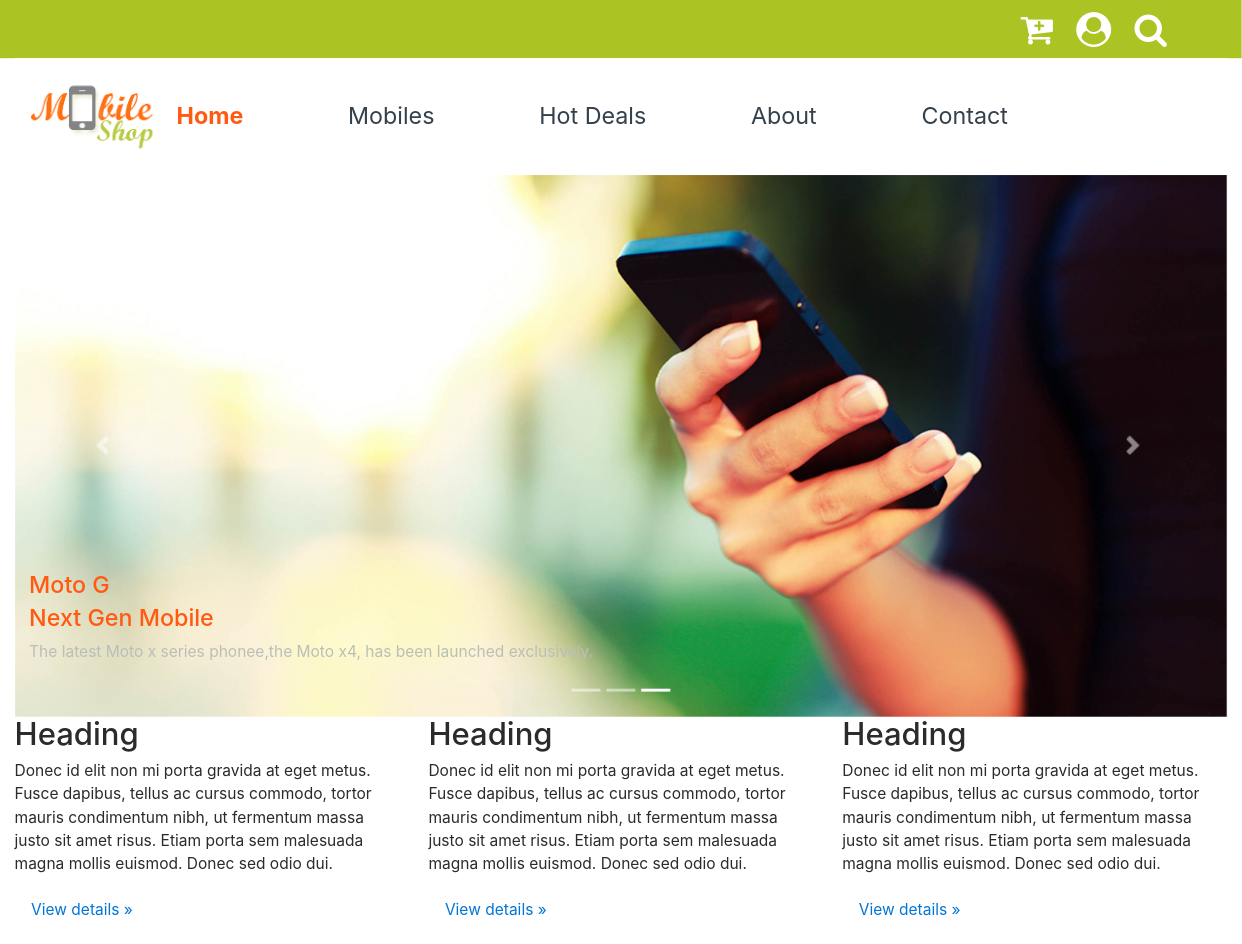
Repository: rajmohanr/mobile
Page: index.html
The author's editor kept a copy of each file at every save. The page is drawn from the files as they stood at one save, then again after the next save.
The browser window is 1280 px wide. The pictures show the whole page, at 97% of full size.

Above is the page before, as saved 2018-03-31 12:36:56.
Console error (its wording comes from the project's code and is left out).

### index.html
<!DOCTYPE html>
<html lang="en">
  <head>
    <meta charset="utf-8">
    <meta http-equiv="X-UA-Compatible" content="IE=edge">
    <meta name="viewport" content="width=device-width, initial-scale=1">

    <title>Bootstrap 4, from LayoutIt!</title>

    <meta name="description" content="Source code generated using layoutit.com">
    <meta name="author" content="LayoutIt!">

    <link href="css/bootstrap.min.css" rel="stylesheet">
	<link href="css/style.css" rel="stylesheet">
	<link rel="stylesheet" href="https://cdnjs.cloudflare.com/ajax/libs/font-awesome/4.7.0/css/font-awesome.min.css">

  </head>
  <body>

    <div class="container-fluid">
	<div class="row">
		<div class="col-md-12">
			<div class="row">
				<div class="col-md-12 top-bar">
					<a href="#" class="top-bar-icons last-icon"><i class="fa fa-search"  style="font-size:36px;color:white;"></i></a>
					<a href="#" class="top-bar-icons"><i class="fa fa-user-circle"  style="font-size:36px;color:white;"></i></a>
					<a href="#" class="top-bar-icons"><i class="fa fa-cart-plus"  style="font-size:36px;color:white;"></i></a>
				</div>
			</div>
			<nav class="navbar navbar-toggleable-md navbar-light bg-faded">

				<button class="navbar-toggler navbar-toggler-right" type="button" data-toggle="collapse" data-target="#bs-example-navbar-collapse-1">
					<span class="navbar-toggler-icon"></span>
				</button> <a class="navbar-brand" href="#"><img src="images/logo.png" /></a>
				<div class="collapse navbar-collapse" id="bs-example-navbar-collapse-1">
					<ul class="navbar-nav float-md-right">
						<li class="nav-item active">
							 <a class="nav-link" href="#">Home <span class="sr-only">(current)</span></a>
						</li>
						<li class="nav-item">
							 <a class="nav-link" href="#">Mobiles</a>
						</li>
						<li class="nav-item">
								<a class="nav-link" href="#">Hot Deals</a>
						</li>
						<li class="nav-item">
								<a class="nav-link" href="#">About</a>
						</li>
						<li class="nav-item">
								<a class="nav-link" href="#">Contact</a>
						</li>
					</ul>
				</div>
			</nav>

			<div class="row">
				<div class="col-md-12">
					<div class="carousel slide" id="carousel-452932">
						<ol class="carousel-indicators">
							<li data-slide-to="0" data-target="#carousel-452932">
							</li>
							<li data-slide-to="1" data-target="#carousel-452932">
							</li>
							<li data-slide-to="2" data-target="#carousel-452932" class="active">
							</li>
						</ol>
						<div class="carousel-inner">
							<div class="carousel-item">
								<img class="d-block w-100" alt="Carousel Bootstrap First" src="images/carosuel.png" />
								<div class="carousel-caption">
									<h4>
										Moto G
									</h4>
									<h4>
										Next Gen Mobile
									</h4>
									<p>
										The latest Moto x series phonee,the Moto x4, has been launched exclusively.
									</p>
								</div>
							</div>
							<div class="carousel-item">
								<img class="d-block w-100" alt="Carousel Bootstrap Second" src="images/carosuel.png" />
								<div class="carousel-caption">
									<h4>
										Moto G
									</h4>
									<h4>
										Next Gen Mobile
									</h4>
									<p>
										The latest Moto x series phonee,the Moto x4, has been launched exclusively.
									</p>
								</div>
							</div>
							<div class="carousel-item active">
								<img class="d-block w-100" alt="Carousel Bootstrap Third" src="images/carosuel.png" />
								<div class="carousel-caption">
									<h4>
										Moto G
									</h4>
									<h4>
										Next Gen Mobile
									</h4>
									<p>
										The latest Moto x series phonee,the Moto x4, has been launched exclusively.
									</p>
								</div>
							</div>
						</div> <a class="carousel-control-prev" href="#carousel-452932" data-slide="prev"><span class="carousel-control-prev-icon"></span> <span class="sr-only">Previous</span></a> <a class="carousel-control-next" href="#carousel-452932" data-slide="next"><span class="carousel-control-next-icon"></span> <span class="sr-only">Next</span></a>
					</div>
				</div>
			</div>

		</div>
	</div>
	<div class="row">
		<div class="col-md-4">
			<h2>
				Heading
			</h2>
			<p>
				Donec id elit non mi porta gravida at eget metus. Fusce dapibus, tellus ac cursus commodo, tortor mauris condimentum nibh, ut fermentum massa justo sit amet risus. Etiam porta sem malesuada magna mollis euismod. Donec sed odio dui.
			</p>
			<p>
				<a class="btn" href="#">View details »</a>
			</p>
		</div>
		<div class="col-md-4">
			<h2>
				Heading
			</h2>
			<p>
				Donec id elit non mi porta gravida at eget metus. Fusce dapibus, tellus ac cursus commodo, tortor mauris condimentum nibh, ut fermentum massa justo sit amet risus. Etiam porta sem malesuada magna mollis euismod. Donec sed odio dui.
			</p>
			<p>
				<a class="btn" href="#">View details »</a>
			</p>
		</div>
		<div class="col-md-4">
			<h2>
				Heading
			</h2>
			<p>
				Donec id elit non mi porta gravida at eget metus. Fusce dapibus, tellus ac cursus commodo, tortor mauris condimentum nibh, ut fermentum massa justo sit amet risus. Etiam porta sem malesuada magna mollis euismod. Donec sed odio dui.
			</p>
			<p>
				<a class="btn" href="#">View details »</a>
			</p>
		</div>
	</div>
	<div class="row">
		<div class="col-md-12">
		</div>
	</div>
</div>

    <script src="js/jquery.min.js"></script>
    <script src="js/bootstrap.min.js"></script>
    <script src="js/scripts.js"></script>
  </body>
</html>

### css/style.css
.top-bar{
    height: 60px;
    background-color: #acc324;
}

.top-bar-icons{
    float: right;
    padding: 12px;
    position: relative;
}

.last-icon{
    margin-right: 50px;
}

.navbar{
    height: 120px;
    background-color: #fff;
}

.navbar-light .navbar-nav .active>.nav-link, .navbar-light .navbar-nav .nav-link.active, .navbar-light .navbar-nav .nav-link.open, .navbar-light .navbar-nav .open>.nav-link{
    color: #ff5912!important;
    font-weight: bold;
    font-size: 24px;
}

.navbar-nav .nav-link{
    padding-right: 100px!important;
}

.navbar-light .navbar-nav .nav-link{
    color: #34404b!important;
    font-size: 24px;
}

.carousel-caption{
    text-align: left!important;
    left: 15px!important;
}

.carousel-caption h4{
    color: #ff5912!important;
}

.carousel-caption h3{
    color: #4C5963!important;
}

.carousel-caption p{
    color: #BBBEB8!important;
}

Loaded but not shown: css/bootstrap.min.css (library); js/jquery.min.js (library); js/bootstrap.min.js (library); js/scripts.js (common file)

After the next save:
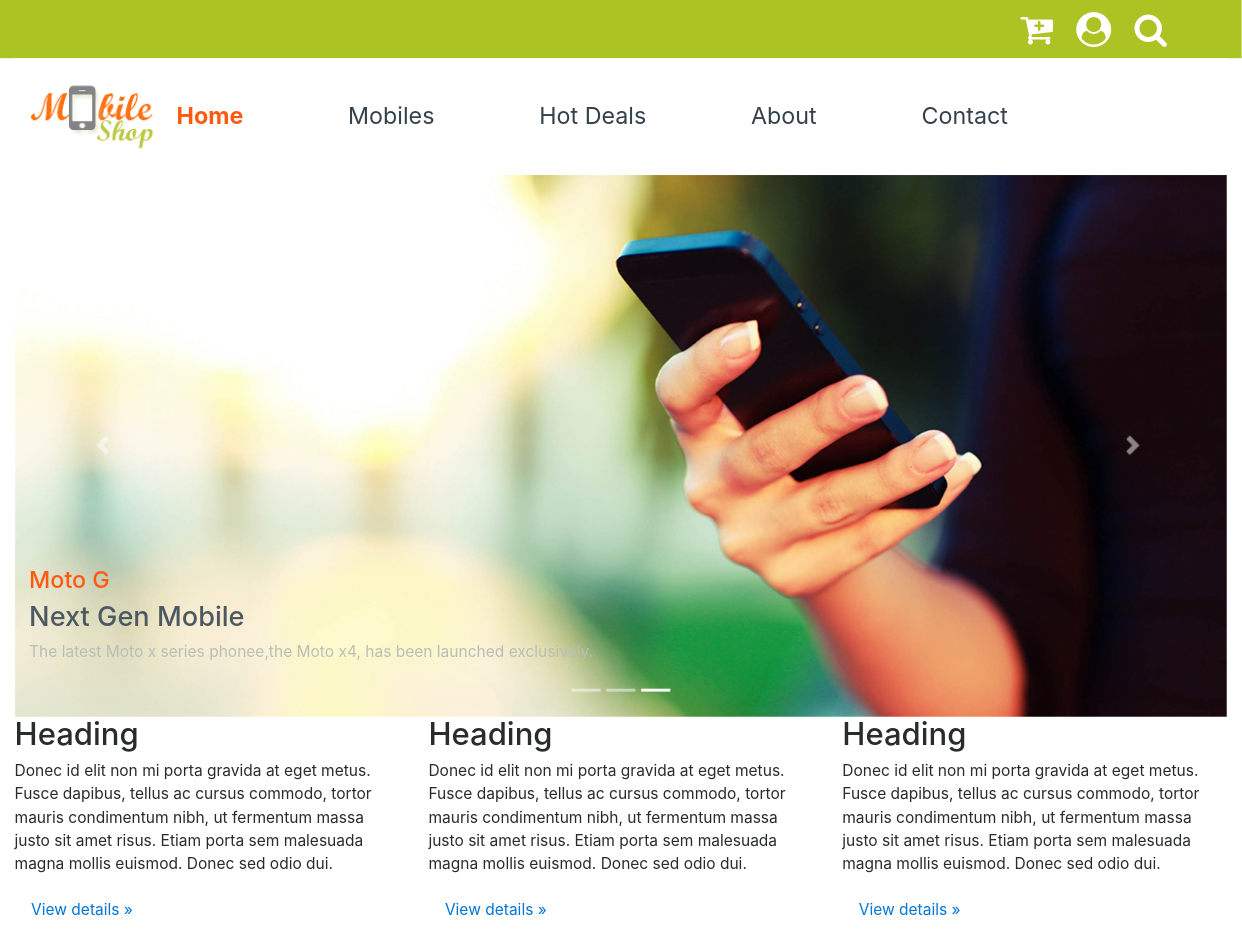
Saved 84 s later.
--- a/index.html
+++ b/index.html
@@ -71,9 +71,9 @@
 									<h4>
 										Moto G
 									</h4>
-									<h4>
+									<h3>
 										Next Gen Mobile
-									</h4>
+									</h3>
 									<p>
 										The latest Moto x series phonee,the Moto x4, has been launched exclusively.
 									</p>
@@ -85,9 +85,9 @@
 									<h4>
 										Moto G
 									</h4>
-									<h4>
+									<h3>
 										Next Gen Mobile
-									</h4>
+									</h3>
 									<p>
 										The latest Moto x series phonee,the Moto x4, has been launched exclusively.
 									</p>
@@ -99,9 +99,9 @@
 									<h4>
 										Moto G
 									</h4>
-									<h4>
+									<h3>
 										Next Gen Mobile
-									</h4>
+									</h3>
 									<p>
 										The latest Moto x series phonee,the Moto x4, has been launched exclusively.
 									</p>
